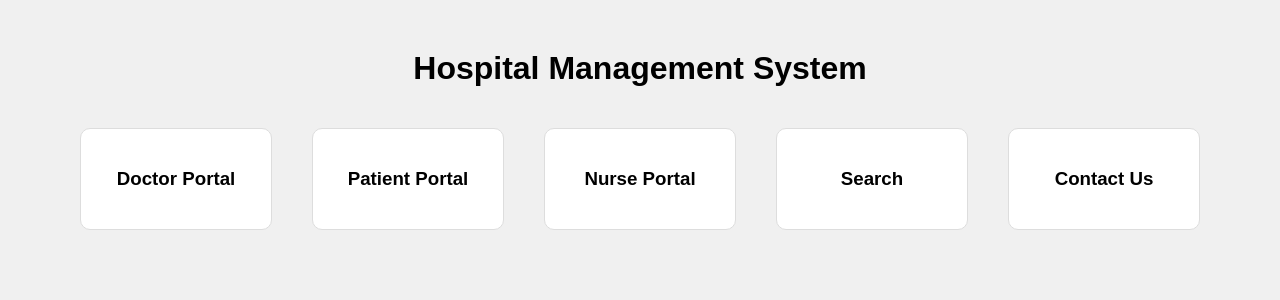
Repository: jaytriggz/Hospital-Management-System
Page: index.html
The author's editor kept a copy of each file at every save. The page is drawn from the files as they stood at one save, then again after a run of saves.
The browser window is 1280 px wide. The pictures show the whole page.

Above is the page before, as saved 2024-07-04 18:11:36.

### index.html
<!DOCTYPE html>
<html lang="en">
<head>
    <meta charset="UTF-8">
    <title>Hospital Management System</title>
    <link rel="stylesheet" href="styles.css">
    <style>

    </style>
</head>
<body>
    <div class="container">
        <h1>Hospital Management System</h1>
        <div class="icon-container">
            <div class="icon" onclick="location.href='doctor_portal.html'">
                <h3>Doctor Portal</h3>
            </div>
            <div class="icon" onclick="location.href='patient_portal.html'">
                <h3>Patient Portal</h3>
            </div>
            <div class="icon" onclick="location.href='nurse_portal.html'">
                <h3>Nurse Portal</h3>
            </div>
            <div class="icon" onclick="location.href='search.html'">
                <h3>Search</h3>
            </div>
            <div class="icon" onclick="location.href='contact_us.html'">
                <h3>Contact Us</h3>
            </div>
        </div>
    </div>
</body>
</html>

### styles.css


body {
    font-family: Arial, sans-serif;
    margin: 0;
    padding: 0;
    background-color: #f0f0f0;
}

.container {
    text-align: center;
    margin-top: 50px;
}

.icon-container {
    display: flex;
    justify-content: center;
    flex-wrap: wrap;
}

.icon {
    margin: 20px;
    padding: 20px;
    border: 1px solid #ddd;
    border-radius: 10px;
    width: 150px;
    text-align: center;
    cursor: pointer;
    background-color: #fff;
}

.icon:hover {
    background-color: #f0f0f0;
}

.link-container {
    display: flex;
    justify-content: center;
    flex-wrap: wrap;
}

.link {
    margin: 20px;
    padding: 20px;
    border: 1px solid #ddd;
    border-radius: 10px;
    width: 200px;
    text-align: center;
    cursor: pointer;
    background-color: #fff;
}

.link:hover {
    background-color: #f0f0f0;
}

/* Add more styles as needed */

After the next 2 saves:
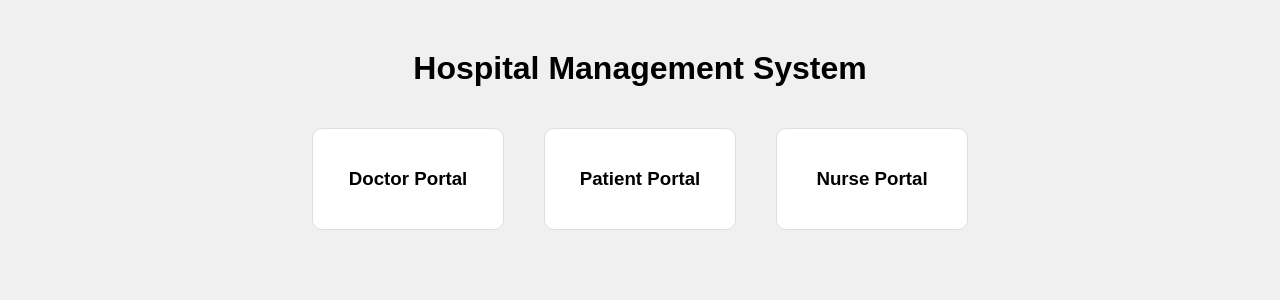
The 2 saves are shown as one change because they came seconds apart.
The last was saved 38 h 42 min later.
--- a/index.html
+++ b/index.html
@@ -21,12 +21,7 @@
             <div class="icon" onclick="location.href='nurse_portal.html'">
                 <h3>Nurse Portal</h3>
             </div>
-            <div class="icon" onclick="location.href='search.html'">
-                <h3>Search</h3>
-            </div>
-            <div class="icon" onclick="location.href='contact_us.html'">
-                <h3>Contact Us</h3>
-            </div>
+
         </div>
     </div>
 </body>
